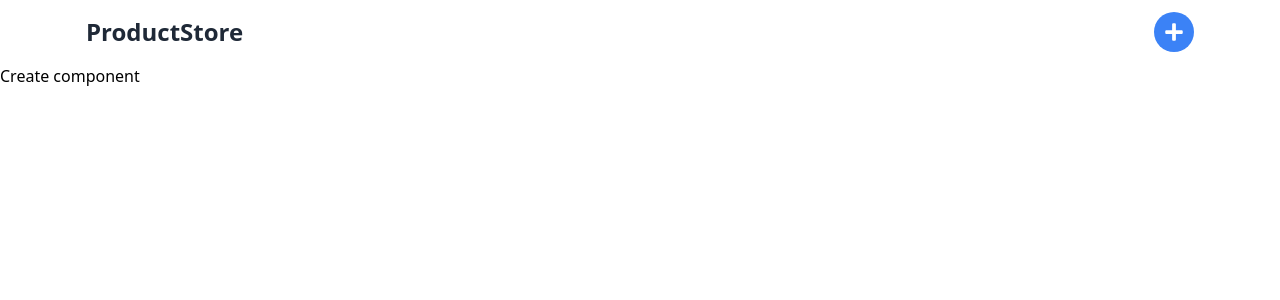
Repository: xarrkhan001/Mern-stack-Project
Page: /create (app in frontend/)
These files come from the project's save history. The page is drawn as it stood at one moment and after the next save; the edit follows.
The browser window is 1280 px wide. The pictures show the whole page.
The project was rebuilt for these pictures with package versions that can differ from the ones it lists, and the page was loaded fresh each time. Also part of the build but not shown: frontend/vite.config.js, frontend/src/pages/HomePage.jsx.

Above is the page before, as saved 2025-03-05 14:31:44.

After the next save:
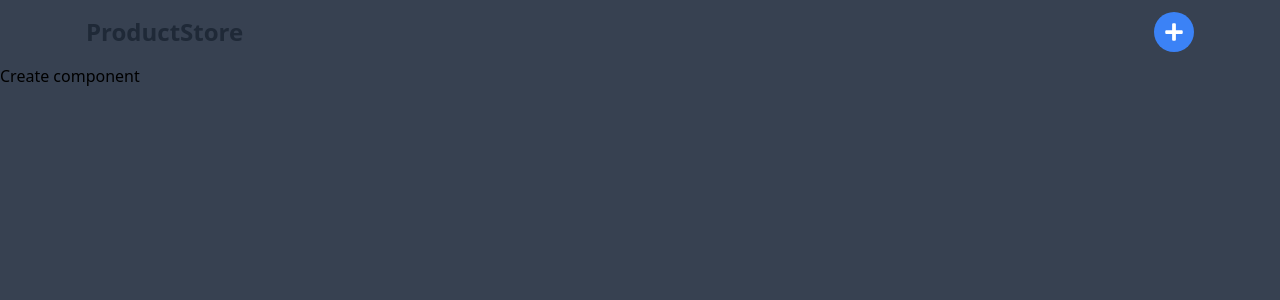
Saved 63 s later.
--- a/frontend/src/App.jsx
+++ b/frontend/src/App.jsx
@@ -7,7 +7,9 @@
 const App = () => {
   return (
     <>
-      <div className="min-h-[100vh]">
+      <div className="min-h-[100vh] bg-gray-700">
+        {" "}
+        {/* Add bg-gray-700 here */}
         <Navbar />
         <Routes>
           <Route path="/" element={<HomePage />} />

After the save that followed:
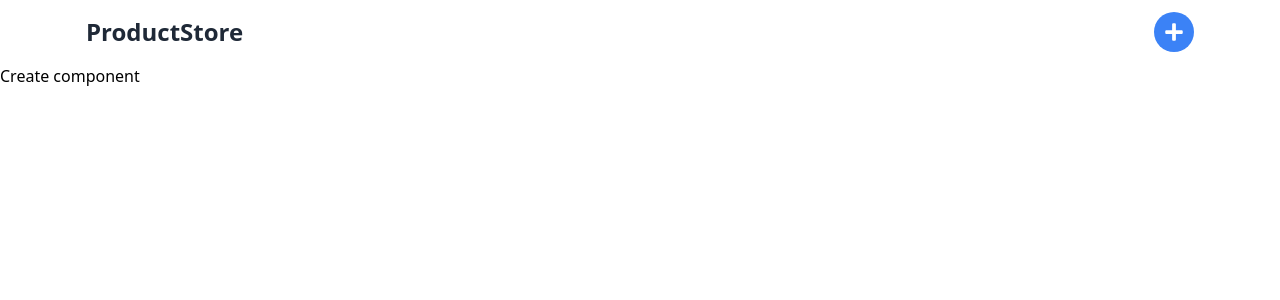
Saved 112 s later.
--- a/frontend/src/App.jsx
+++ b/frontend/src/App.jsx
@@ -7,7 +7,7 @@
 const App = () => {
   return (
     <>
-      <div className="min-h-[100vh] bg-gray-700">
+      <div className="min-h-[100vh] bg-gray-[#fffcdc]">
         {" "}
         {/* Add bg-gray-700 here */}
         <Navbar />
